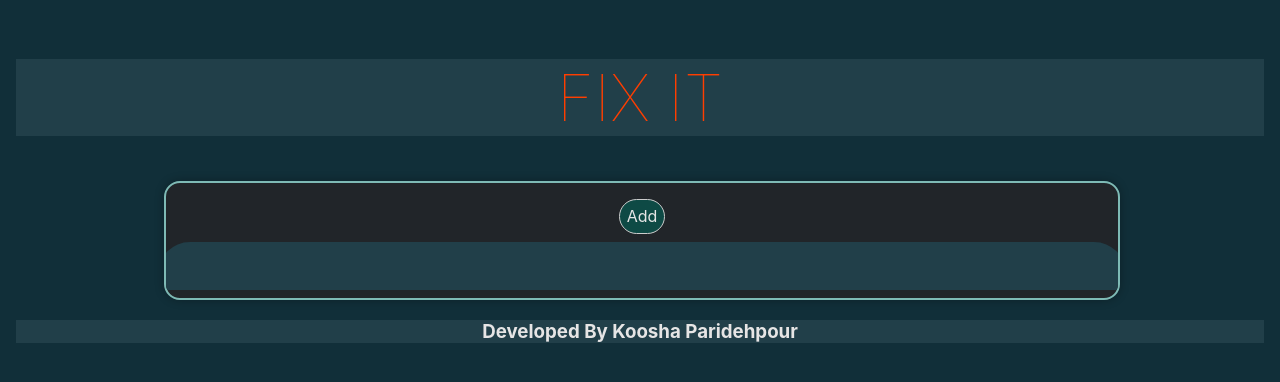
Repository: KooshaPari/fixit-go
Page: / (app in frontend/)
The author's editor kept a copy of each file at every save. The page is drawn from the files as they stood at one save, then again after the next save.
The browser window is 1280 px wide. The pictures show the whole page.
The pointer rests on the first visible `#fixItApp button`.
The page's requests for data from a server got no answer. The project was rebuilt for these pictures with package versions that can differ from the ones it lists, and the page was loaded fresh each time. No one was signed in, and anything a server would have sent is missing.

Above is the page before, as saved 2024-09-24 23:35:36.

### frontend/public/index.html
<!DOCTYPE html>
<html lang="en">
	<head>
		<meta charset="utf-8" />
		<meta name="viewport" content="width=device-width,initial-scale=1" />

		<title>Svelte app</title>

		<link rel="icon" type="image/png" href="/favicon.png" />
		<link rel="stylesheet" href="/global.css" />
		<link rel="stylesheet" href="/build/bundle.css" />

		<script defer src="/build/bundle.js"></script>
	</head>

	<body></body>
</html>

### frontend/src/main.js
import App from "./App.svelte";

const app = new App({
	target: document.body,
	props: {
		name: "fixIt",
	},
});

### frontend/src/App.svelte
<script>
	import { onMount, afterUpdate } from "svelte";
	import Modal from "./Modal.svelte";
	import { prevent_default } from "svelte/internal";
	import { fly, fade } from "svelte/transition";
	let todos = [];
	let tempid = -1;
	onMount(async () => {
		try {
			const response = await fetch("http://localhost:8081/api/todos");
			if (!response.ok) {
				throw new Error(`HTTP error! status: ${response.status}`);
			}
			console.log("GRABBING TODOS");
			todos = await response.json();
		} catch (error) {
			console.error("Error fetching todos:", error);
		}
	});
	let showCreateModal = false;
	let showEditModal = false;
	async function loadEditPopup(id) {
		showEditModal = true;
		const response = await fetch(`http://localhost:8081/api/todos/${id}`, {
			method: "GET",
			headers: { "Content-Type": "application/json" },
		});
		const todo = await response.json();
		// Update the title, description, and dueDate variables
		title = todo.title;
		description = todo.description;
		dueDate = todo.dueDate;
		tempid = todo.id;
	}
	async function editTodo(title, description, dueDate) {
		const id = tempid;
		const newTodo = { id, title, description, dueDate };
		tempid = -1;
		try {
			const response = await fetch(`http://localhost:8081/api/todos/${id}`, {
				method: "PUT",
				headers: { "Content-Type": "application/json" },
				body: JSON.stringify(newTodo),
			});
			const updatedTodo = await response.json();
			todos = todos.map((todo) => (todo.id === id ? updatedTodo : todo));
		} catch (error) {
			console.error("Error editing todo:", error);
		}
	}

	async function createTodo(title, description, dueDate) {
		/**Generate ToDo Object, add to local array, then create fetch object to server to add to remote array*/

		const newTodo = { title, description, dueDate };
		try {
			const response = await fetch("http://localhost:8081/api/todos", {
				method: "POST",
				headers: { "Content-Type": "application/json" },
				body: JSON.stringify(newTodo),
			});
			const createdTodo = await response.json();
			todos = [...todos, createdTodo];
		} catch (error) {
			console.error("Error creating todo:", error);
		}
		showCreateModal = false;
	}
	async function deleteTodo(id) {
		console.log("DELETING: " + id);
		if (id !== undefined) {
			todos = todos.filter((todo) => todo.id !== id);
			const response = await fetch(`http://localhost:8081/api/todos/${id}`, {
				method: "DELETE",
				headers: { "Content-Type": "application/json" },
			});
		} else {
			console.error("Cannot delete todo item: id is undefined");
		}
	}
	let title;
	let description;
	let dueDate;
</script>

<main>
	<!---->

	<div id="header">
		<div id="logoCont">
			<h1>Fix It</h1>
		</div>
	</div>
	<div id="body">
		<div
			id="fixItApp"
			style="overflow-y:auto; overflow-x: hidden; padding: 0.5em;"
		>
			<Modal bind:showModal={showEditModal}>
				<h2>Edit Todo Item</h2>
				<form>
					<input
						type="text"
						id="todo-title"
						bind:value={title}
						placeholder="Todo title"
					/>
					<input
						type="text"
						id="todo-description"
						bind:value={description}
						placeholder="Todo description"
					/>
					<input
						type="text"
						id="todo-dueDate"
						bind:value={dueDate}
						placeholder="Todo dueDate"
					/>
					<button
						on:click={(event) => {
							editTodo(title, description, dueDate);
						}}>Edit</button
					>
				</form>
			</Modal>
			<Modal bind:showModal={showCreateModal}>
				<h2>Create Todo Item</h2>
				<form>
					<input
						type="text"
						id="todo-title"
						bind:value={title}
						placeholder="Todo title"
					/>
					<input
						type="text"
						id="todo-description"
						bind:value={description}
						placeholder="Todo description"
					/>
					<input
						type="text"
						id="todo-dueDate"
						bind:value={dueDate}
						placeholder="Todo dueDate"
					/>
					<button on:click={() => createTodo(title, description, dueDate)}
						>Create</button
					>
				</form>
			</Modal>
			<div style="padding:0.25em; position: sticky; top: 0;">
				<button
					on:click={() => {
						showCreateModal = true;
					}}
					class="addBtn">Add</button
				>
			</div>
			<div
				id="todoList"
				style="background-color:#213f49; width: 100%; height: 100%; padding: 1em; border-radius: 2em 2em 0 0;"
			>
				<ul id="todos">
					{#each todos as todo, index}
						<li
							class="todoLstItm"
							in:fly={{ y: 200, duration: 2000, delay: index * 100 }}
							out:fade={{ duration: 2000 }}
						>
							<div class="todoLstItmContLeft">
								<button
									on:click={() => deleteTodo(todo.id)}
									class="completeBtn todoBtn">&#10003;</button
								>
							</div>
							<div class="todoLstItmConRight">
								<h3 style="padding-inline: 1em; font-size: 0.75em; width: 40%;">
									{todo.title}
								</h3>
								<div style="display:flex; flex-direction:column; width: 40% ">
									<p class="todotxt">{todo.description}</p>
									<!-- due Date below-->
									<p class="todotxt">{todo.dueDate}</p>
								</div>
								<div class="todoLstItmConRightBtns">
									<button
										on:click={() => loadEditPopup(todo.id)}
										class="deleteBtn todoBtn">&#9998;</button
									>
									<button
										on:click={() => deleteTodo(todo.id)}
										class="editBtn todoBtn">&#10006;</button
									>
								</div>
							</div>
						</li>
					{/each}
				</ul>
			</div>
		</div>
	</div>
	<div id="footer">
		<h3>Developed By Koosha Paridehpour</h3>
	</div>
</main>

<style>
	main {
		text-align: center;
		padding: 1em;
		max-width: 240px;
		margin: 0 auto;
	}

	h1 {
		color: #ff3e00;
		text-transform: uppercase;
		font-size: 4em;
		font-weight: 100;
	}
	#fixItApp {
		border: 2px solid #7ebab5;
		padding: 1em;
		border-radius: 1em;
		display: flex;
		flex-direction: column;
		align-items: center;
		justify-content: flex-start;

		width: 75%;
		max-height: 65vh;
		box-shadow: 0 0 10px rgba(0, 0, 0, 0.3);
		background-color: #212529;
	}
	#fixItApp button:hover {
		background-color: #0e4a45;

		transform: scale(1.1);
		transform: translateY(0.25em);
	}
	#fixItApp button:active {
		background-color: #0a4440;
	}
	@media (min-width: 640px) {
		main {
			max-width: none;
		}
	}
	.todoLstItmContLeft {
		background-color: #314d59;
		width: 25%;
		border-radius: 0.625em 0 0 0.625em;
		display: flex;
		align-items: center;
		justify-content: center;
	}
	.todoLstItmConRight {
		width: 75%;
		justify-content: center;
		align-items: center;
		overflow: hidden;
	}
	.todoLstItmConRight * {
		display: flex;
		justify-content: flex-start;
		align-items: flex-start;
	}
	.todoLstItmConRightBtns {
		display: flex;
		flex-direction: column;
		width: 20%;
		padding: 0.5em;
	}
	.todoLstItm {
		background-color: #415d69;
		margin: 0;
		border-radius: 0.625em;
		box-shadow: 0 0 10px rgba(0, 0, 0, 0.3);
		display: flex;
		flex-direction: row;
	}
	.todotxt {
		font-size: 0.25em;
		text-align: left;
	}
	.todoLstItmContLeft,
	.todoLstItmConRight {
		display: flex;
		padding: 0.25em;
	}
	ul {
		list-style-type: none;
	}
	#body {
		align-items: flex-start;
		justify-content: center;
		display: flex;
		width: 100%;
		padding: 0.125em;
	}
	#header,
	#footer {
		background-color: #213f49;
		width: 100%;
		margin: 0;
	}

	.todoBtn {
		background-color: #314d59;
		border-radius: 0.5em;
		color: #f6f5f5;
		width: 100%;
		height: 25%;
		padding: 0.25em;
		display: flex;
		align-items: center;
		justify-content: center;
		transition: transform 0.2s ease-in-out;
	}
	.completeBtn {
		width: 2.5em;
		height: 2.5em;
		padding: 0.25em;
		border-radius: 2.5em;
		background-color: #7eafb5;
		font-size: 100%;
	}
	#popupCont {
		background-color: #213f49;
		width: 100%;
		height: 100%;
		display: none;
		flex-direction: column;
		align-items: center;
		justify-content: center;
	}
	.popup.open {
		display: block !important;
	}
	#todos {
		padding-inline-start: 0 !important;
	}
	#todos > li {
		margin: 0.5em;
	}
	.addBtn {
		border-radius: 2em;
		background-color: #7eafb5;
		color: #e6e6e6;
	}
</style>

### frontend/src/Modal.svelte
<script>
	export let showModal; // boolean

	let dialog; // HTMLDialogElement

	$: if (dialog && showModal) dialog.showModal();
</script>

<!-- svelte-ignore a11y-click-events-have-key-events a11y-no-noninteractive-element-interactions -->
<dialog
	bind:this={dialog}
	on:close={() => (showModal = false)}
	on:click|self={() => dialog.close()}
>
	<!-- svelte-ignore a11y-no-static-element-interactions -->
	<div on:click|stopPropagation>
		<slot name="header" />
		<hr />
		<slot />
		<hr />
		<!-- svelte-ignore a11y-autofocus -->
		<button autofocus on:click={() => dialog.close()}>close</button>
	</div>
</dialog>

<style>
	dialog {
		max-width: 32em;
		border-radius: 1em;
		border: none;
		padding: 1em;
		background-color: #213f49;
		color: #e6e6e6;
	}
	dialog::backdrop {
		background: rgba(0, 0, 0, 0.3);
	}
	dialog > div {
		padding: 1em;
	}
	dialog[open] {
		animation: zoom 0.3s cubic-bezier(0.34, 1.56, 0.64, 1);
	}
	dialog button {
		border-radius: 2em;
		background-color: #7ebab5;
	}
	@keyframes zoom {
		from {
			transform: scale(0.95);
		}
		to {
			transform: scale(1);
		}
	}
	dialog[open]::backdrop {
		animation: fade 0.2s ease-out;
	}
	@keyframes fade {
		from {
			opacity: 0;
		}
		to {
			opacity: 1;
		}
	}
	button {
		display: block;
	}
</style>

### frontend/public/global.css
html,
body {
	position: relative;
	width: 100%;
	height: 100%;
}

body {
	color: #e6e5e5;
	background-color: #112f39;
	margin: 0;
	padding: 0px;
	box-sizing: border-box;
	font-family: -apple-system, BlinkMacSystemFont, "Segoe UI", Roboto,
		Oxygen-Sans, Ubuntu, Cantarell, "Helvetica Neue", sans-serif;
}

a {
	color: rgb(0, 100, 200);
	text-decoration: none;
}

a:hover {
	text-decoration: underline;
}

a:visited {
	color: rgb(0, 80, 160);
}

label {
	display: block;
}

input,
button,
select,
textarea {
	font-family: inherit;
	font-size: inherit;
	-webkit-padding: 0.4em 0;
	padding: 0.4em;
	margin: 0 0 0.5em 0;
	box-sizing: border-box;
	border: 1px solid #ccc;
	border-radius: 2px;
}

input:disabled {
	color: #ccc;
}

button {
	color: #333;
	background-color: #f4f4f4;
	outline: none;
}

button:disabled {
	color: #999;
}

button:not(:disabled):active {
	background-color: #ddd;
}

button:focus {
	border-color: #666;
}

After the next save:
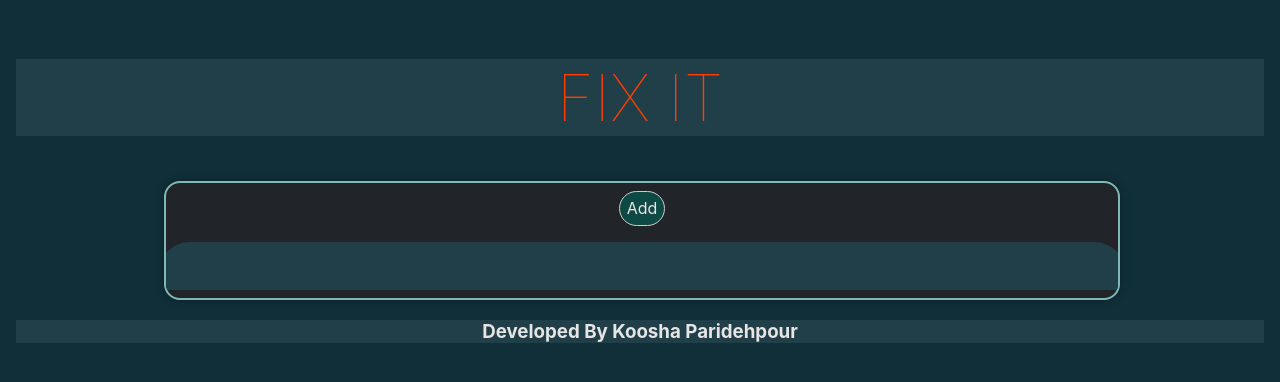
Saved 18 s later.
--- a/frontend/src/App.svelte
+++ b/frontend/src/App.svelte
@@ -238,10 +238,11 @@
 		background-color: #0e4a45;
 
 		transform: scale(1.1);
-		transform: translateY(0.25em);
+		transform: translateY(-0.25em);
 	}
 	#fixItApp button:active {
 		background-color: #0a4440;
+
 	}
 	@media (min-width: 640px) {
 		main {
